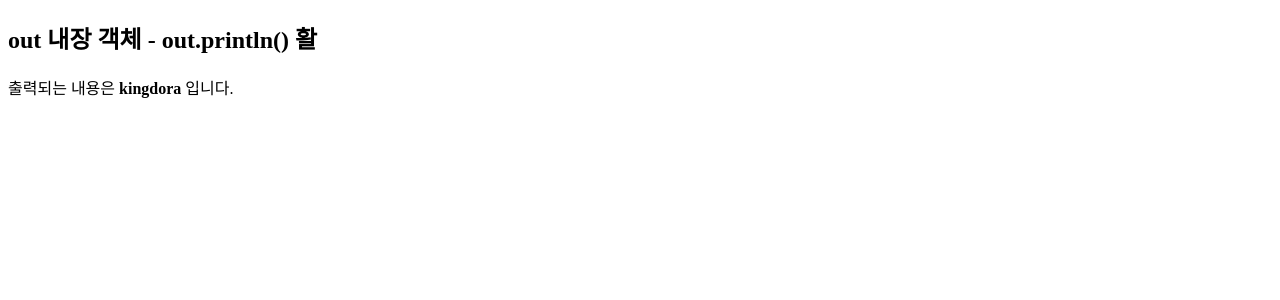
Repository: matodale/StudyJSP
Page: http://localhost/StudyJSP/ch07/outTest.jsp
These files come from the project's save history. The page is drawn as it stood at one moment and after the next save; the edit follows.
The browser window is 1280 px wide. The pictures show the whole page.
The page is served by Tomcat 9.

Above is the page before, as saved 2022-12-21 09:49:08.

After the next save:
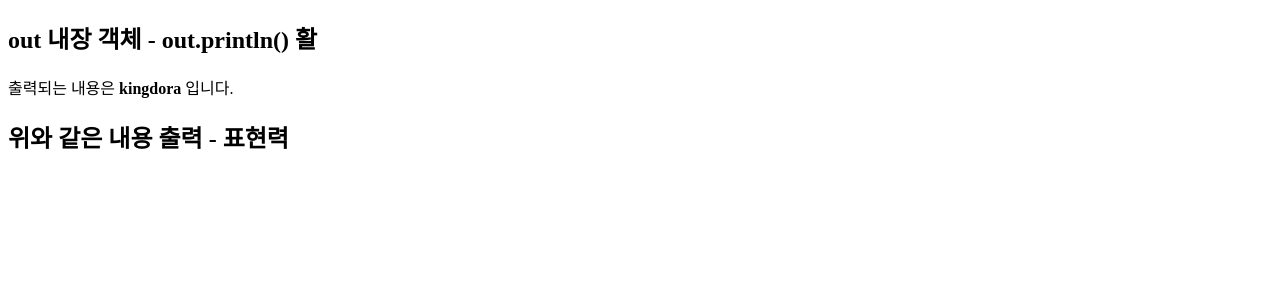
Saved 22 s later.
--- a/StudyJSP/src/main/webapp/ch07/outTest.jsp
+++ b/StudyJSP/src/main/webapp/ch07/outTest.jsp
@@ -12,5 +12,6 @@
 String name = "kingdora";
 out.println("출력되는 내용은 <b>" + name + "</b> 입니다.");
 %>
+<h2>위와 같은 내용 출력 - 표현력</h2>
 </body>
 </html>
